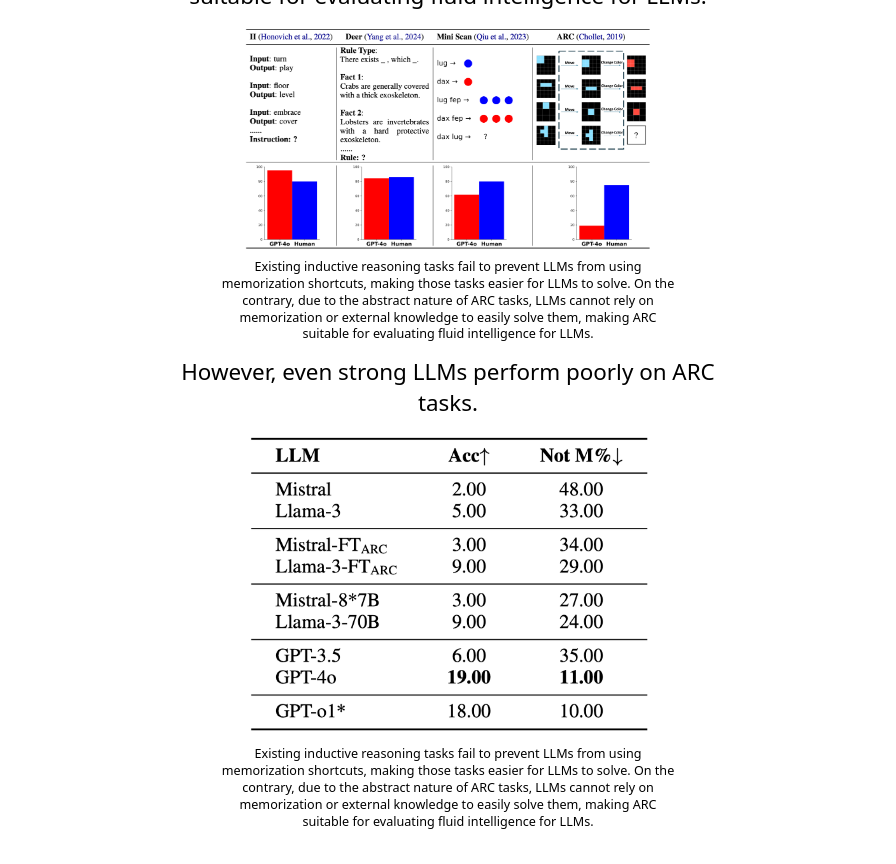
Repository: wujunjie1998/araoc-benchmark.github.io
Page: index.html
An editor plug-in stored every save of this project. The page is shown before and after the next save, followed by the edit.
The browser window is 1280 px wide. The pictures show the part of the page from y = 769 to 2689 px (the page is 2003 px tall before and 2689 px after), at 70% of full size.

Above is the page before, as saved 2025-02-07 22:16:01.

### index.html
<html>
  <head>
    <title>
      Understanding LLMs’ Fluid Intelligence Deficiency: An Analysis of the ARC Task
    </title>
    <link
      rel="icon"
      href="data:[embedded picture, 137 characters]"
    />
    <meta charset="UTF-8" />
    <meta name="viewport" content="width=device-width, initial-scale=1" />
    <link rel="stylesheet" href="./css/index.css" />
  </head>

  <body>
    <div class="header">
      <div class="paper-title">
        Understanding LLMs’ Fluid Intelligence Deficiency:
        <br />
        An Analysis of the ARC Task
      </div>
      <div>
        <!-- * Paper -->
        <span class="link-block">
          <a target="_blank" href="./paper.pdf"
            ><img
              class="badge"
              src="https://img.shields.io/badge/Paper-PDF-red?&labelColor=lightgray&logo=arxiv&logoColor=brown" /><img
          /></a>
        </span>
        <!-- * Dataset -->
        <!--
        <span class="link-block">
          <a
            target="_blank"
            href="https://huggingface.co/datasets/ShunchiZhang/PhysiCo/"
            ><img
              class="badge"
              src="https://img.shields.io/badge/HuggingFace-Dataset-yellow?labelColor=lightgray&logo=huggingface" /><img
          /></a>
        </span>
        -->

        <!-- * Code -->
         <!--
        <span class="link-block">
          <a target="_blank" href="https://github.com/physico-benchmark/physico"
            ><img
              class="badge"
              src="https://img.shields.io/badge/GitHub-Code-gray?labelColor=lightgray&logo=github&logoColor=gray" /><img /></a
        ></span>
        -->
        <!-- * Leaderboard -->
        <!--
        <span class="link-block">
          <a href="./leaderboard.html"
            ><img
              class="badge"
              src="https://img.shields.io/badge/Leaderboard-Visit-blue?labelColor=lightgray&logo=stackblitz&logoColor=367BAF" /><img /></a
        ></span>
        -->
        <!-- * X Threads -->
        <!--
        <span class="link-block">
          <a href="https://x.com/jieeijjie/status/1876713099752861782"
            ><img
              class="badge"
              src="https://img.shields.io/badge/Threads-black?labelColor=lightgray&logo=x&logoColor=gray" /><img /></a
        ></span>
        -->

      </div>
      <div>
        <div class="author-list">
          <span class="author-block"
            ><a href="https://wujunjie1998.github.io/">Junjie Wu</a
            ><sup>1</sup></span
          >
          <span class="author-block"
            ><a href="https://sites.google.com/site/moyunlp/">Mo Yu</a
            ><sup>2</sup></span
          >
          <span class="author-block"
            ><a href="https://lemaoliu.github.io">Lemao Liu</a
            ><sup>2</sup></span
          >
          <span class="author-block"
            ><a href="https://sites.google.com/view/dyyeung">Dit-Yan Yeung</a
            ><sup>1</sup></span
          >
          <span class="author-block"
            ><a href="https://openreview.net/profile?id=~Jie_Zhou8">Jie Zhou</a
            ><sup>2</sup></span
          >
        </div>
        <div class="inst-list">
          <span class="institution-block"><sup>1</sup> Hong Kong University of Science and Technology</span>
          <span class="institution-block"><sup>2</sup> WeChat AI</span>
        </div>
      </div>
    </div>
    <!--
    <div class="teaser">
      <center>
        <img src="./img/teaser.png" />
        <figcaption>
          Illustration of a "Stochastic Parrot 🦜" by our
          <span class="dataset-name">PhysiCo</span> task consisting of both
          <b style="color: #a47b48">low-level</b> and
          <b style="color: #153cf9">high-level</b> subtasks in parallel. For a
          concept <i>Gravity</i>, an LLM can generate its accurate description
          in natural language, but cannot interpret its grid-format
          illustration.
        </figcaption>
      </center>
    </div>
  -->
    <hr />

    <!-- ^ Summary of Our Research -->
    <center><h1>Summary of Our Research</h1></center>
    <div class="content">
      <!-- <p style="font-size: large; text-align: center">
        <b>TL;DR:</b>
      </p> -->
      <p>
        While LLMs have exhibited strong performance on various NLP tasks, it is noteworthy that most of these tasks rely on utilizing the vast amount of knowledge encoded in LLMs’ parameters, rather than solving new problems without prior knowledge. In cognitive research, the latter ability is referred to as <strong>fluid intelligence</strong>, which is considered to be critical for assessing human intelligence. Recent research on fluid intelligence assessments has highlighted significant deficiencies in LLMs’ abilities. In this paper, we analyze the challenges LLMs face in demonstrating fluid intelligence through controlled experiments, using the most representative ARC task as an example. Our study revealed three major limitations in existing LLMs:
      </p>
      <ol>
        <li>limited ability for skill composition;</li>
        <li>
          unfamiliarity with abstract input formats;
        </li>
        <li>
          the intrinsic deficiency of left-to-right decoding.
        </li>
      </ol>
    </div>

    <!-- ^ Physical Concepts Covered by `PhysiCo` -->
     <!--
    <center>
      <h1>
        Physical Concepts Covered by <span class="dataset-name">PhysiCo</span>
      </h1>
    </center>
    <div class="content narrower">
      <p>
        <strong>Core-Dev Set.</strong>&ensp;<span style="font-size: smaller">
          <span style="color: darkgray">acceleration</span>
          <span style="color: gray">buoyancy</span>
          <span style="color: darkgray">communicating vessels</span>
          <span style="color: gray">compression</span>
          <span style="color: darkgray">cut</span>
          <span style="color: gray">diffraction of waves</span>
          <span style="color: darkgray">diffuse reflection of light</span>
          <span style="color: gray">diffusion</span>
          <span style="color: darkgray">electricity</span>
          <span style="color: gray">expansion</span>
          <span style="color: darkgray">gravity</span>
          <span style="color: gray">inertia</span>
          <span style="color: darkgray">laser</span>
          <span style="color: gray">lever</span>
          <span style="color: darkgray">light imaging</span>
          <span style="color: gray">move</span>
          <span style="color: darkgray">nuclear fission</span>
          <span style="color: gray">nuclear fusion</span>
          <span style="color: darkgray">reference frame</span>
          <span style="color: gray">reflection</span>
          <span style="color: darkgray">refraction</span>
          <span style="color: gray">repulsive force</span>
          <span style="color: darkgray"
            >spectrum of light and optical filters</span
          >
          <span style="color: gray">surface tension</span>
          <span style="color: darkgray">vortex</span>
          <span style="color: gray">wave</span>
          <span style="color: darkgray">wave interference</span></span
        >
      </p>
      <p>
        <strong>Core-Test Set.</strong>&ensp;<span style="font-size: smaller">
          <span style="color: darkgray">Bernoulli effect</span>
          <span style="color: gray">Brownian motion</span>
          <span style="color: darkgray">atmospheric pressure</span>
          <span style="color: gray">doppler effect</span>
          <span style="color: darkgray">elastic force</span>
          <span style="color: gray">electromagnetic wave</span>
          <span style="color: darkgray">energy conservation</span>
          <span style="color: gray">fictitious force</span>
          <span style="color: darkgray">fluid pressure</span>
          <span style="color: gray">force composition</span>
          <span style="color: darkgray">friction</span>
          <span style="color: gray">heat conduction</span>
          <span style="color: darkgray">inclined plane</span>
          <span style="color: gray">lifting</span>
          <span style="color: darkgray">lighting</span>
          <span style="color: gray">melting</span>
          <span style="color: darkgray">oscillation</span>
          <span style="color: gray">photoelectric effect</span>
          <span style="color: darkgray">pulley</span>
          <span style="color: gray">relativity</span>
          <span style="color: darkgray">resonance</span>
          <span style="color: gray">siphon</span>
          <span style="color: darkgray">splashing</span>
          <span style="color: gray">thermal expansion and contraction</span>
          <span style="color: darkgray">vaporization</span></span
        >
      </p>
      <p>
        <strong>Associative-Test Set.</strong>&ensp;<span
          style="font-size: smaller"
        >
          <span style="color: darkgray">change of reference frame</span>
          <span style="color: gray">chemical bond</span>
          <span style="color: darkgray">compression</span>
          <span style="color: gray">diffusion</span>
          <span style="color: darkgray">expansion</span>
          <span style="color: gray">explosion</span>
          <span style="color: darkgray">gravity</span>
          <span style="color: gray">laser</span>
          <span style="color: darkgray">long exposure</span>
          <span style="color: gray">lumination</span>
          <span style="color: darkgray">magnet</span>
          <span style="color: gray">mirror</span>
          <span style="color: darkgray">move</span>
          <span style="color: gray">nuclear fission</span>
          <span style="color: darkgray">nuclear fusion</span>
          <span style="color: gray">optical filter</span>
          <span style="color: darkgray">polarization of light</span>
          <span style="color: gray">projection</span>
          <span style="color: darkgray">reflection</span>
          <span style="color: gray">rotation</span>
          <span style="color: darkgray">squeeze</span>
          <span style="color: gray">vacuum</span>
          <span style="color: darkgray">vortex</span>
          <span style="color: gray">water ripples</span>
          <span style="color: darkgray">wave</span>
          <span style="color: gray">wave interference</span>
          <span style="color: darkgray">wetting</span>
          <span style="color: gray">zoom in</span>
          <span style="color: darkgray">zoom out</span></span
        >
      </p>
    </div>
  -->
    <!-- ^ Our Studies and Findings -->
    <center><h1>The Abstraction and Reasoning Challenge (ARC) is suitable for evaluating fluid intelligence for LLMs.</h1></center>
    <div class="content">
      <!-- <p>Foo Bar</p> -->
      <center>
        <img src="./img/fluid1.png" width="70%" />
        <figcaption style="text-align: center">
          Existing inductive reasoning tasks fail to prevent LLMs from using memorization shortcuts, making those tasks easier for LLMs to solve. On the contrary, due to the abstract nature of ARC tasks, LLMs cannot rely on memorization or external knowledge to easily solve them, making ARC suitable for evaluating fluid intelligence for LLMs.
        </figcaption>
      </center>
    </div>


    <!-- ^ Our Studies and Findings -->
    <center><h1>However, even strong LLMs perform poorly on ARC tasks.</h1></center>
    <div class="content">
      <!-- <p>Foo Bar</p> -->
      <center>
        <img src="./img/fluid2.png" width="70%" />
        <figcaption style="text-align: center">
          Existing inductive reasoning tasks fail to prevent LLMs from using memorization shortcuts, making those tasks easier for LLMs to solve. On the contrary, due to the abstract nature of ARC tasks, LLMs cannot rely on memorization or external knowledge to easily solve them, making ARC suitable for evaluating fluid intelligence for LLMs.
        </figcaption>
      </center>
    </div>
  </body>
</html>

### css/index.css
@import url("https://fonts.googleapis.com/css2?family=Noto+Sans:ital,wght@0,100..900;1,100..900&display=swap");

body {
  font-family: "Noto Sans", sans-serif;
  font-optical-sizing: auto;
  font-style: normal;
  font-variation-settings: "wdth" 100;
  font-weight: 400;
  font-size: 18px;
  margin: 50px auto;
  width: 65%;
}

div.header,
div.teaser,
div.content {
  margin-left: auto;
  margin-right: auto;
}

div.narrower {
  width: 80% !important;
}

div.header div {
  margin: 6px;
  text-align: center;
}

div.teaser img {
  max-width: 60%;
}

.paper-title {
  font-size: 36px;
}

.author-block {
  font-size: 20px;
  margin: 0px 12px;
}

.institution-block {
  font-size: 16px;
  margin: 0px 10px;
}

.note-block {
  color: gray;
  font-size: 16px;
}

.link-block {
  font-size: 24px;
  font-weight: bold;
  margin: 0px 5px;
}

.badge {
  width: auto;
  height: 2vw;
}

.dataset-name {
  font-weight: bold;
  color: #81a526;
}

h1 {
  font-size: 32px;
  font-weight: 300;
}

.disclaimerbox {
  background-color: #eee;
  border: 1px solid #eeeeee;
  border-radius: 10px;
  -moz-border-radius: 10px;
  -webkit-border-radius: 10px;
  padding: 20px;
}

video.header-vid {
  height: 140px;
  border: 1px solid black;
  border-radius: 10px;
  -moz-border-radius: 10px;
  -webkit-border-radius: 10px;
}

figcaption {
  margin: 10px 0px;
  width: 80%;
  text-align: left;
}

img.header-img {
  height: 140px;
  border: 1px solid black;
  border-radius: 10px;
  -moz-border-radius: 10px;
  -webkit-border-radius: 10px;
}

img.rounded {
  border: 1px solid #eeeeee;
  border-radius: 10px;
  -moz-border-radius: 10px;
  -webkit-border-radius: 10px;
}

a:link,
a:visited {
  color: #1367a7;
  text-decoration: none;
}
a:hover {
  color: #208799;
}

td.dl-link {
  height: 160px;
  text-align: center;
  font-size: 22px;
}

.vert-cent {
  position: relative;
  top: 50%;
  transform: translateY(-50%);
}

hr {
  border: 0;
  height: 1px;
  background-image: linear-gradient(
    to right,
    rgba(0, 0, 0, 0),
    rgba(0, 0, 0, 0.75),
    rgba(0, 0, 0, 0)
  );
}

.citation {
  text-align: left;
  font-family: monospace;
  font-size: 8pt;
  text-wrap: auto;
}

@media screen and (max-width: 1120px) {
  body {
    font-size: 16px;
    width: 90%;
  }
  div.teaser img {
    max-width: 100%;
  }
  .paper-title {
    font-size: 26px;
  }
  .author-block,
  .institution-block,
  .note-block {
    font-size: 14px;
  }
  .link-block {
    font-size: 20px;
  }
  .badge {
    width: auto;
    height: 28px;
    margin-top: 3px;
    margin-bottom: 3px;
  }
  h1 {
    font-size: 26px;
  }
}

After the next save:
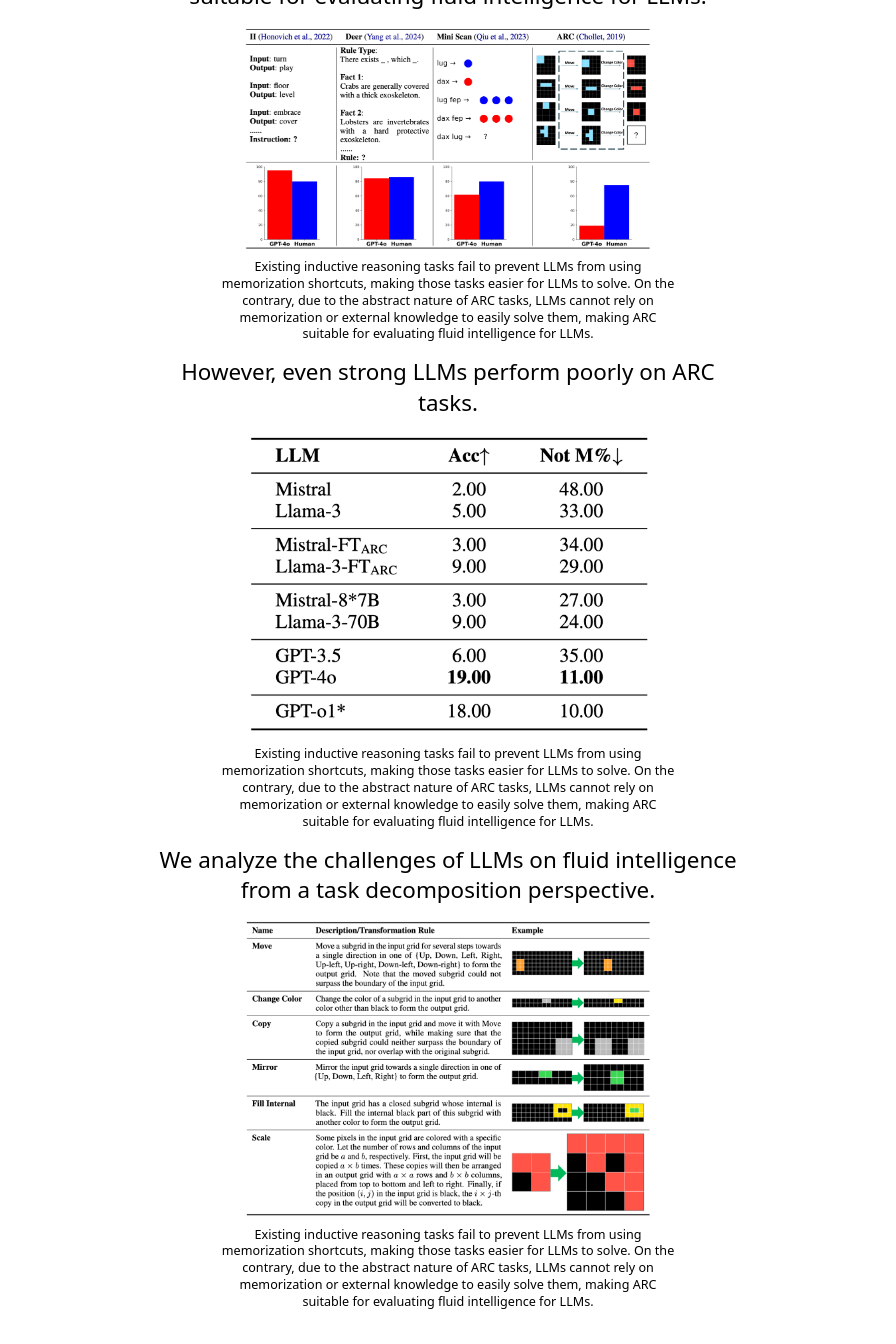
Saved 105 s later.
--- a/index.html
+++ b/index.html
@@ -268,5 +268,18 @@
         </figcaption>
       </center>
     </div>
+
+    <!-- ^ Our Studies and Findings -->
+    <center><h1>We analyze the challenges of LLMs on fluid intelligence from a task decomposition perspective. </h1></center>
+    <div class="content">
+      <!-- <p>Foo Bar</p> -->
+      <center>
+        <img src="./img/fluid3.png" width="70%" />
+        <figcaption style="text-align: center">
+          Existing inductive reasoning tasks fail to prevent LLMs from using memorization shortcuts, making those tasks easier for LLMs to solve. On the contrary, due to the abstract nature of ARC tasks, LLMs cannot rely on memorization or external knowledge to easily solve them, making ARC suitable for evaluating fluid intelligence for LLMs.
+        </figcaption>
+      </center>
+    </div>
+
   </body>
 </html>
